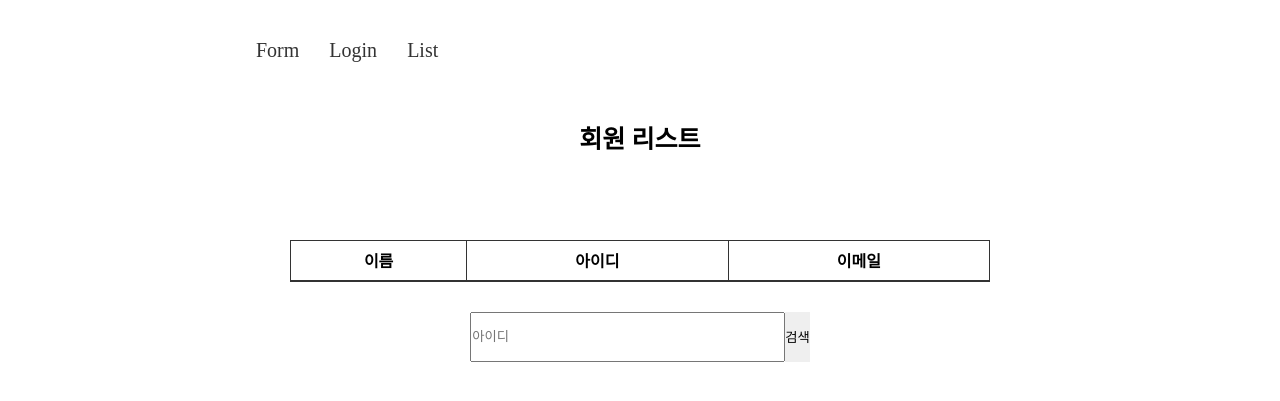
Repository: zeroj-0/eclipseProjects
Page: http://localhost/jv301/mod010/user_list.do
An editor plug-in stored every save of this project. The page is shown before and after the next save, followed by the edit.
The browser window is 1280 px wide. The pictures show the whole page.
The page is served by Tomcat 9. Queries for data that is not in the repository find no rows.

Above is the page before, as saved 2022-07-07 07:06:33.

After the next save:
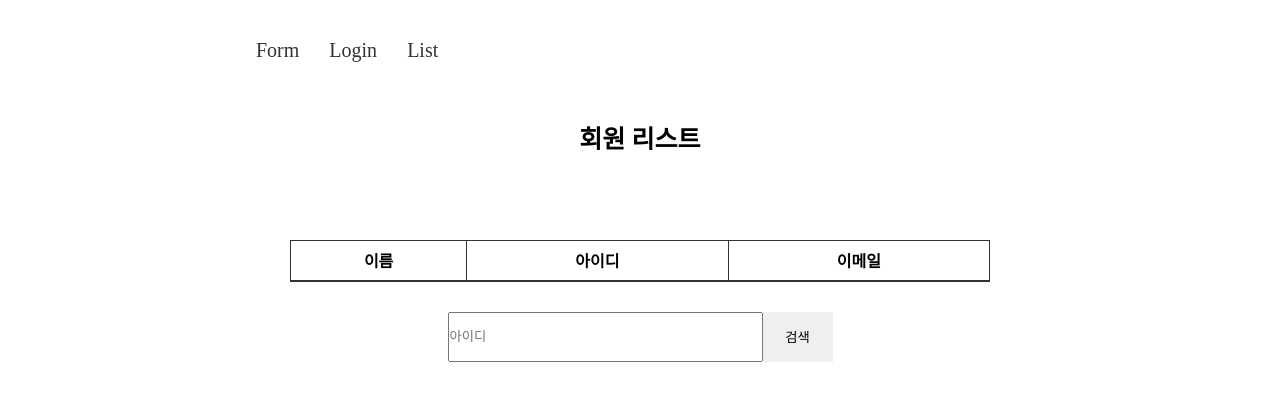
Saved 26 s later.
--- a/jv301/src/main/webapp/mod010/user_list.jsp
+++ b/jv301/src/main/webapp/mod010/user_list.jsp
@@ -39,6 +39,9 @@
 	.search-area input {
 		width: 45%;
 	}
+	.search-area button {
+		width: 10%;
+	}
 </style>
 </head>
 <body>
